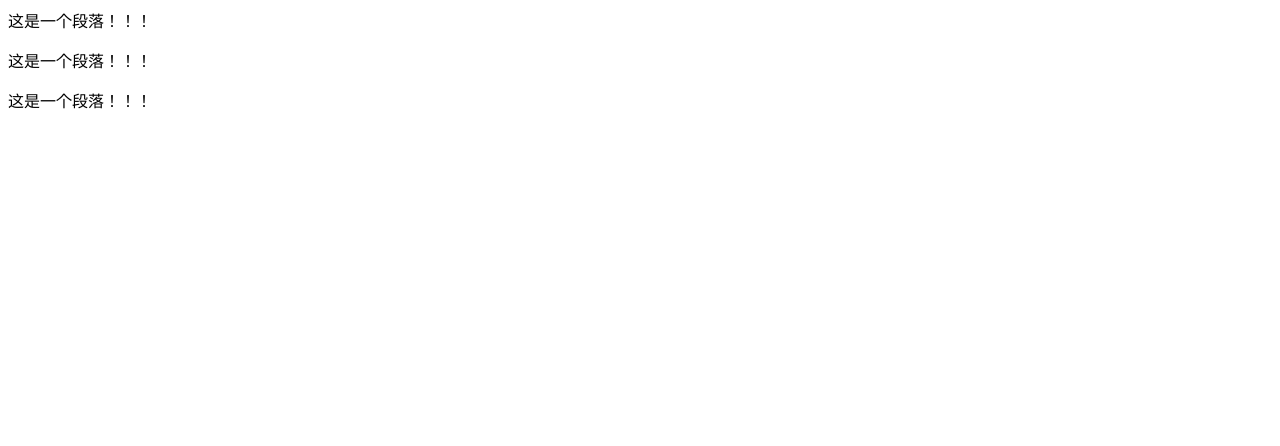
Repository: 1325718308/-
Page: js-demo/demo8.html
These files come from the project's save history. The page is drawn as it stood at one moment and after the next save; the edit follows.
The browser window is 1280 px wide. The pictures show the whole page.

Above is the page before, as saved 2019-05-10 09:58:33.

### js-demo/demo8.html
<html lang="en"> <!--lang  告诉搜索引擎爬虫，我们的网站是关于什么内-->
    <head>
        <meta charset="utf-8">
        <title>demo8</title>
    </head>
    <body>
        <p>这是一个段落！！！</p><!--段落标签-->
        <p>这是一个段落！！！</p>
        <p>这是一个段落！！！</p>
    </body>
</html>

After the next save:
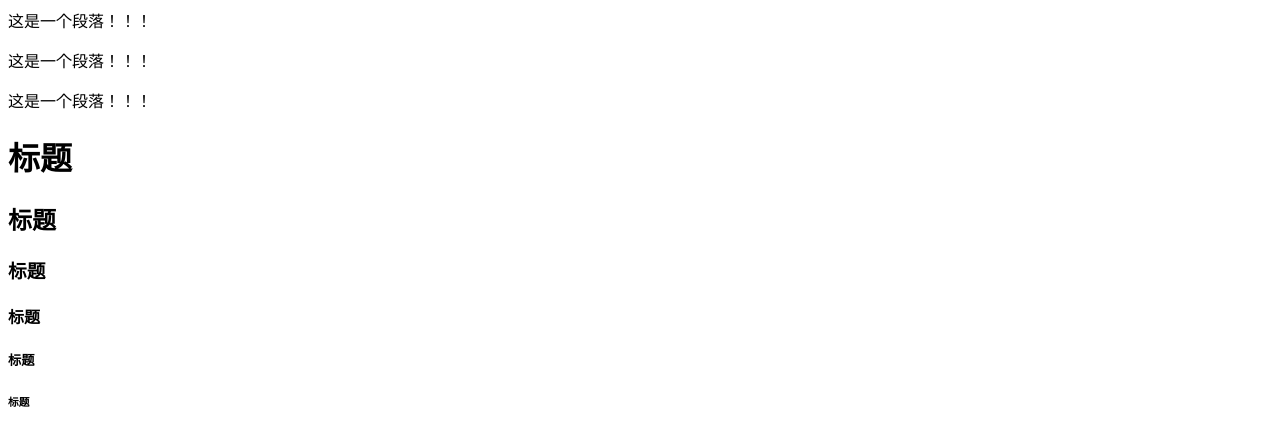
Saved 114 s later.
--- a/js-demo/demo8.html
+++ b/js-demo/demo8.html
@@ -7,5 +7,12 @@
         <p>这是一个段落！！！</p><!--段落标签-->
         <p>这是一个段落！！！</p>
         <p>这是一个段落！！！</p>
+
+        <h1>标题</h1>
+        <h2>标题</h2>
+        <h3>标题</h3>
+        <h4>标题</h4>
+        <h5>标题</h5>
+        <h6>标题</h6>
     </body>
 </html>
